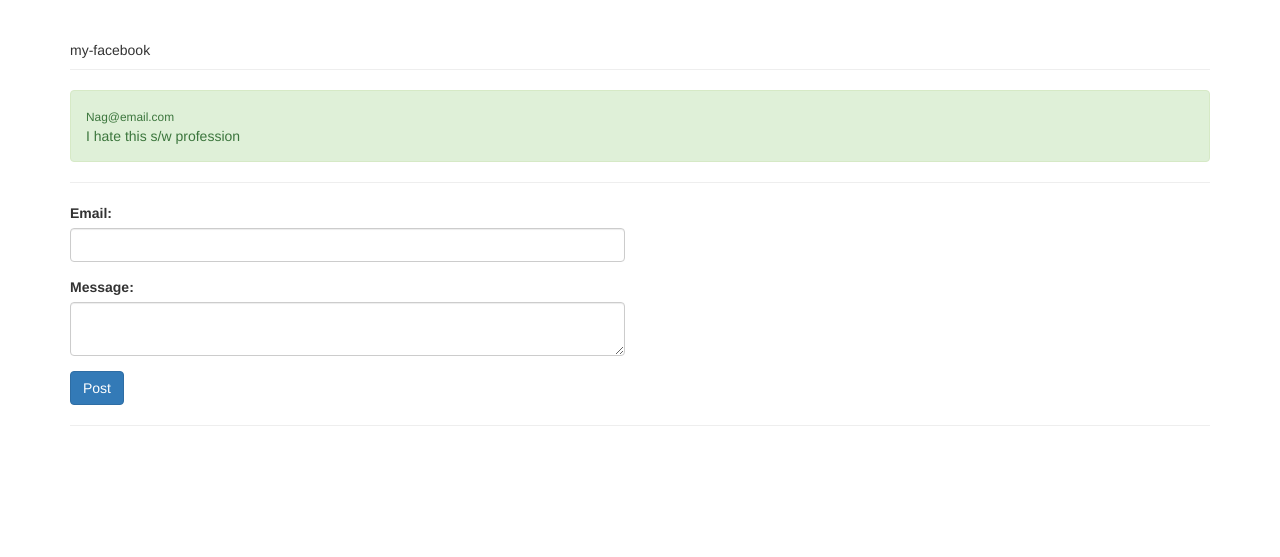
Repository: nagabhushanamn/itc-batch
Page: new/my-facebook/WebContent/index.html
An editor plug-in stored every save of this project. The page is shown before and after a run of saves, followed by the edit.
The browser window is 1280 px wide. The pictures show the whole page.

Above is the page before, as saved 2017-03-18 10:39:31.

### new/my-facebook/WebContent/index.html
<!DOCTYPE html>
<html>
<head>
<meta charset="UTF-8">
<title>my-facebook</title>
<link href="css/bootstrap.css" rel="stylesheet">
</head>
<body class="container">

	<div class="page-header">my-facebook</div>

	<div>
		<div class="alert alert-success">
			<small>Nag@email.com</small>
			<p>I hate this s/w profession</p>
		</div>
	</div>
	<hr/>

	<div class="row">
		<div class="col-sm-6">
			<form action="">
				<div class="form-group">
					<label>Email:</label>
					<input class="form-control"/>
				</div>
				<div class="form-group">
					<label>Message:</label>
					<textarea class="form-control"></textarea>
				</div>
				<button type="submit" class="btn btn-primary">Post</button>
			</form>
		</div>
	</div>
	<hr/>






</body>
</html>

Loaded but not shown: new/my-facebook/WebContent/css/bootstrap.css (library)

After the next 2 saves:
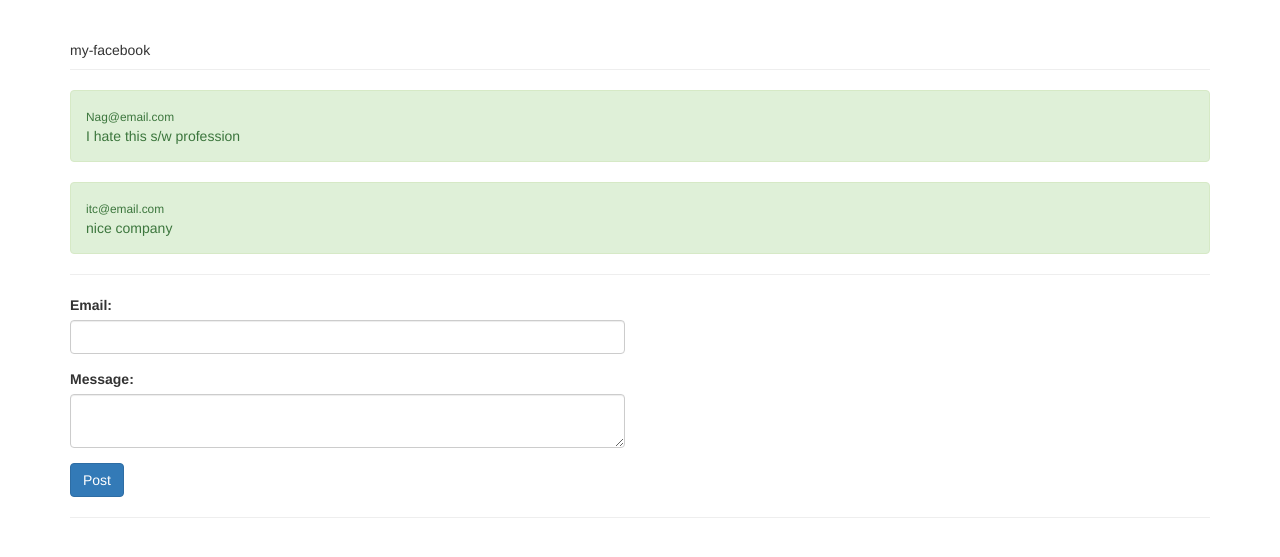
The 2 saves are shown as one change because they came seconds apart.
The last was saved 26 s later.
--- a/new/my-facebook/WebContent/index.html
+++ b/new/my-facebook/WebContent/index.html
@@ -13,6 +13,10 @@
 		<div class="alert alert-success">
 			<small>Nag@email.com</small>
 			<p>I hate this s/w profession</p>
+		</div>
+		<div class="alert alert-success">
+			<small>itc@email.com</small>
+			<p>nice company</p>
 		</div>
 	</div>
 	<hr/>
